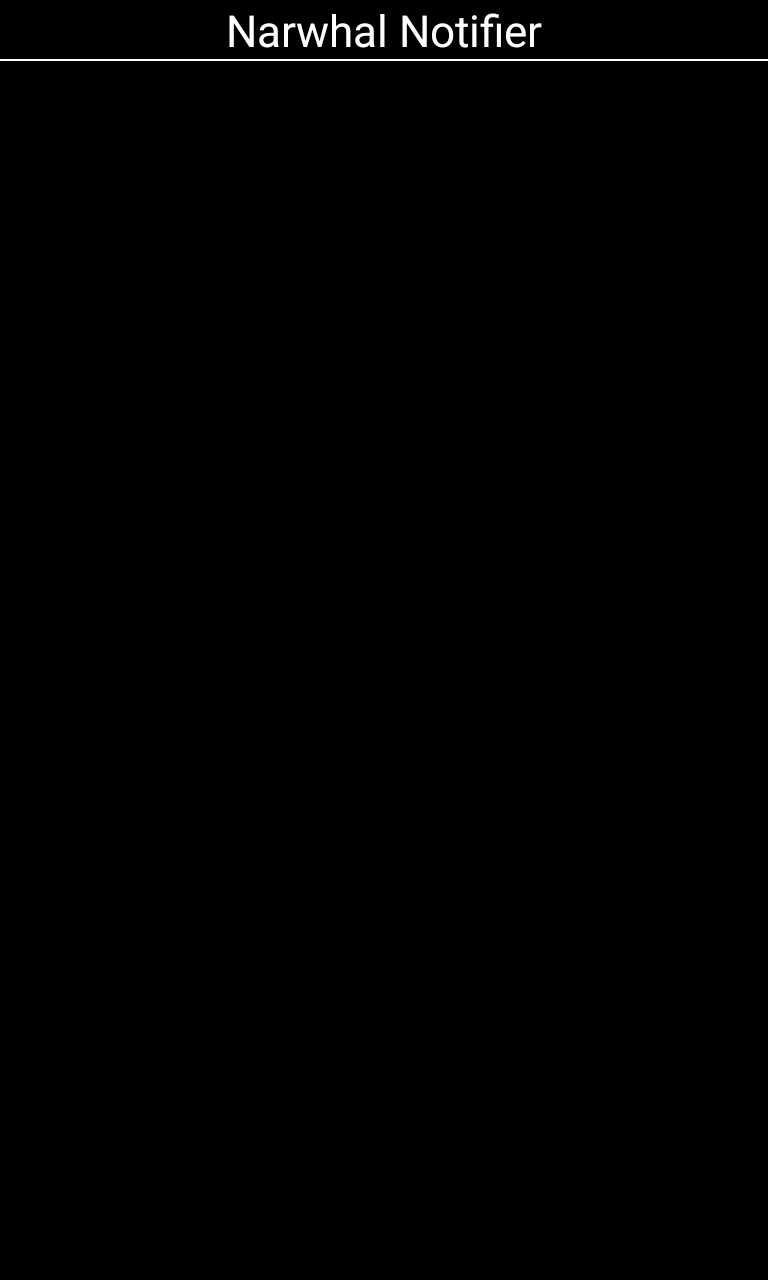
Repository: shawnbuso/NarwhalNotifier
Layout: Narwhal Notifier/res/layout/main.xml
These files come from the project's save history. The layout is drawn as it stood at one moment and after the next save; the edit follows.
It is drawn on a 768 x 1280 px phone screen (xhdpi) without system bars, with theme android:Theme; the app's code is not run.

Above is the layout before, as saved 2012-01-11 17:33:09.

After the next save:
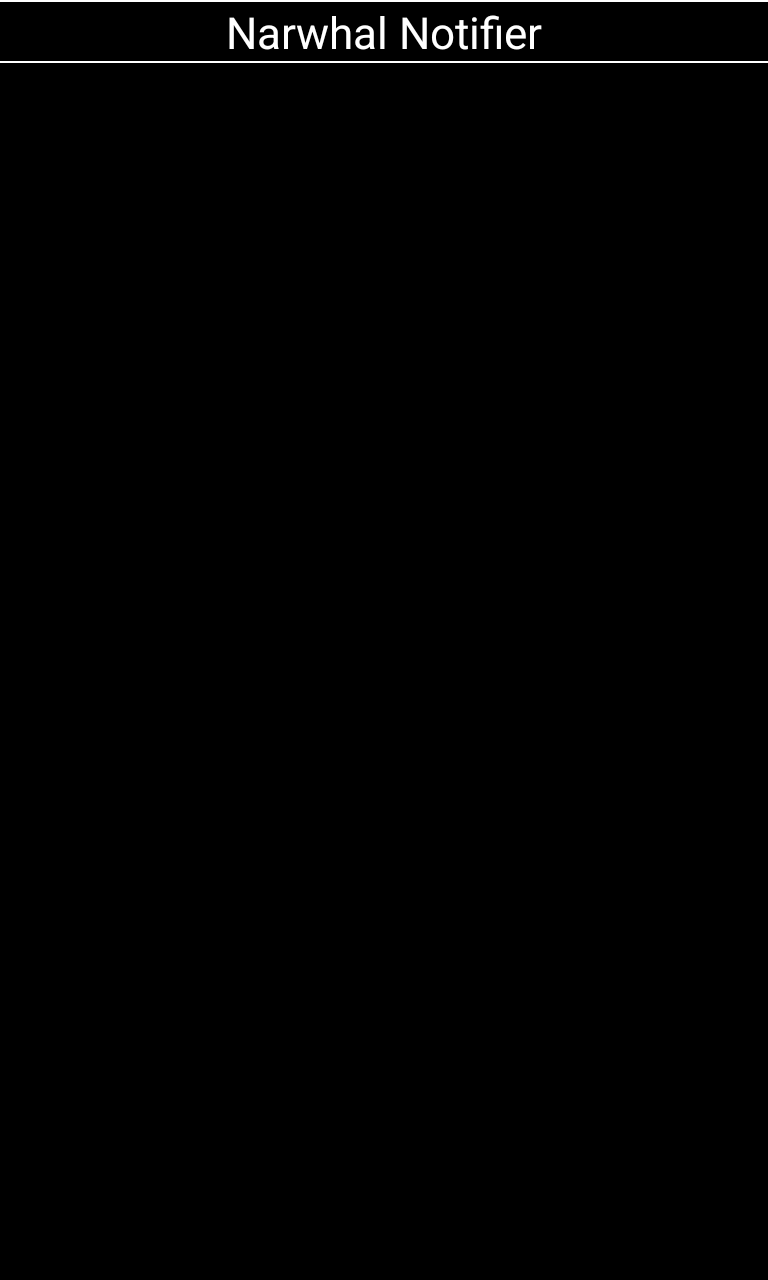
Saved 19 s later.
--- a/Narwhal Notifier/res/layout/main.xml
+++ b/Narwhal Notifier/res/layout/main.xml
@@ -3,6 +3,14 @@
     android:layout_width="fill_parent"
     android:layout_height="fill_parent"
     android:orientation="vertical" >
+
+    <View
+        android:id="@+id/separator"
+        android:layout_width="fill_parent"
+        android:layout_height="1dip"
+        android:layout_alignParentTop="true"
+        android:layout_centerVertical="true"
+        android:background="#ffffff" />
 
     <TextView
         android:id="@+id/title"

After the save that followed:
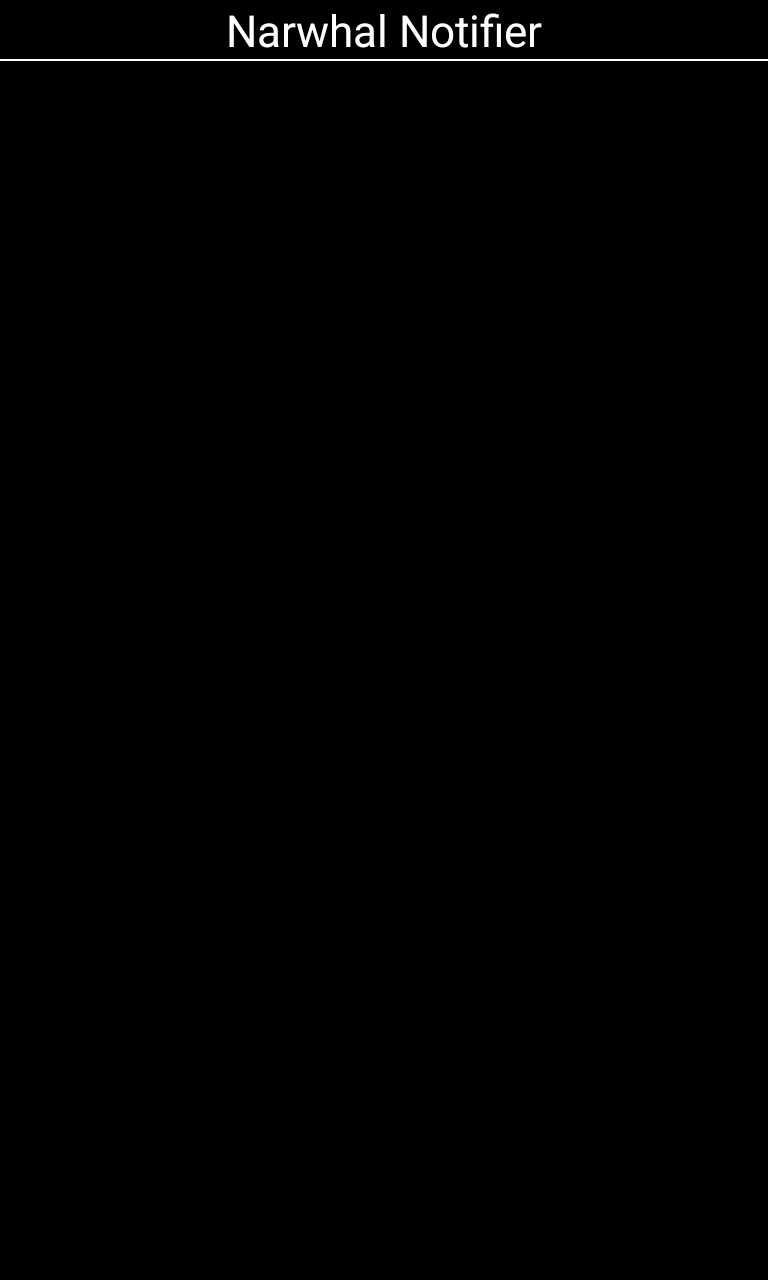
Saved 7 s later.
--- a/Narwhal Notifier/res/layout/main.xml
+++ b/Narwhal Notifier/res/layout/main.xml
@@ -3,14 +3,6 @@
     android:layout_width="fill_parent"
     android:layout_height="fill_parent"
     android:orientation="vertical" >
-
-    <View
-        android:id="@+id/separator"
-        android:layout_width="fill_parent"
-        android:layout_height="1dip"
-        android:layout_alignParentTop="true"
-        android:layout_centerVertical="true"
-        android:background="#ffffff" />
 
     <TextView
         android:id="@+id/title"
